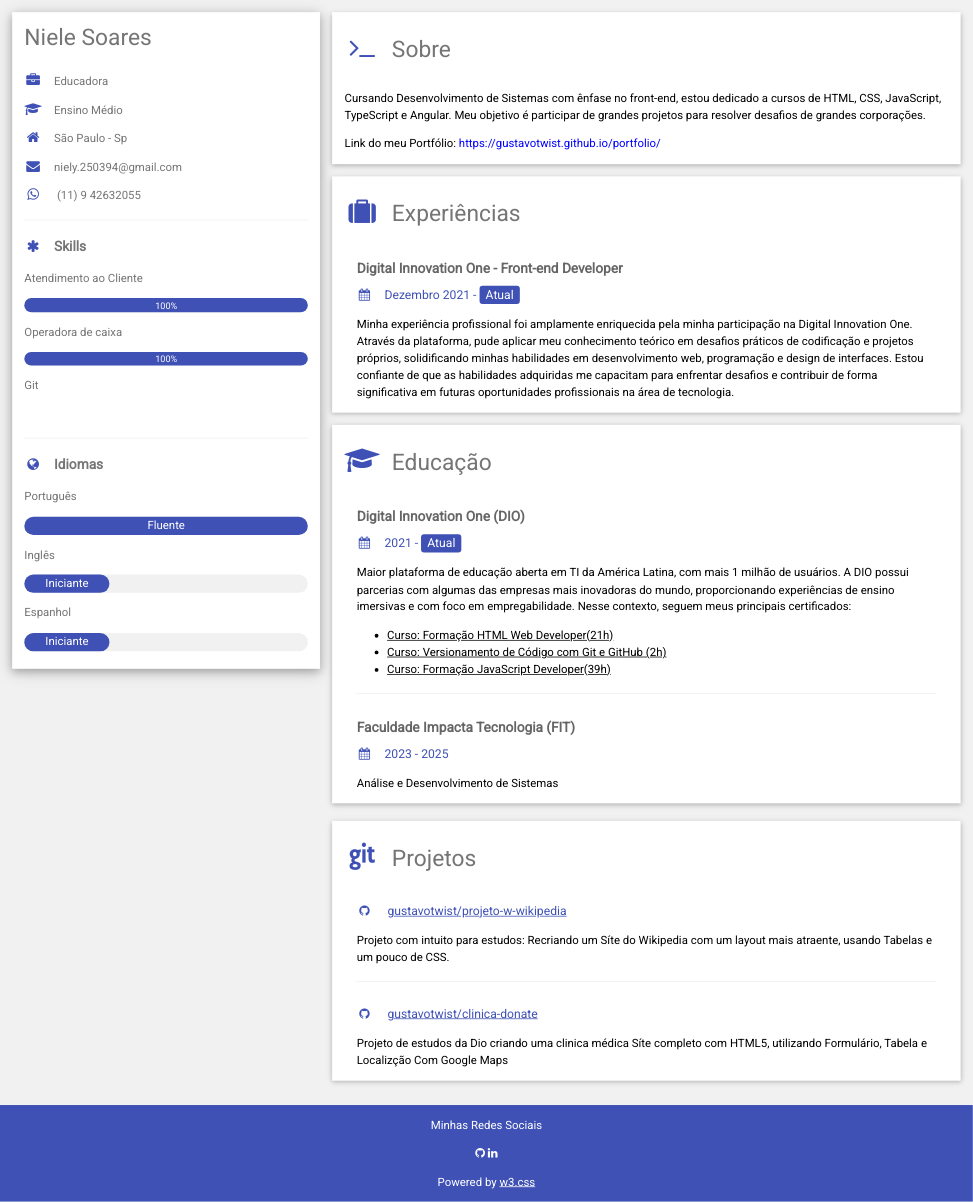
Repository: gustavotwist/cv2
Page: index.html
These files come from the project's save history. The page is drawn as it stood at one moment and after the next save; the edit follows.
The browser window is 1280 px wide. The pictures show the whole page, at 76% of full size.

Above is the page before, as saved 2024-08-23 17:18:18.

### index.html
<!DOCTYPE html>
<!-- @falvojr: Reference article https://www.w3schools.com/howto/howto_website_create_resume.asp -->
<!-- @falvojr: Useful link to use fontawesome (fa) icons: https://fontawesome.com/v4/icons/ -->
<html lang="pt-BR">

  <head>
    <title>Niele Soares</title>

    <meta http-equiv="Content-Type" content="text/html; charset=UTF-8">
    <meta name="viewport" content="width=device-width, initial-scale=1">

    <link rel="stylesheet" href="https://www.w3schools.com/w3css/4/w3.css">
    <link rel='stylesheet' href='https://fonts.googleapis.com/css?family=Roboto'>
    <link rel="stylesheet" href="https://cdnjs.cloudflare.com/ajax/libs/font-awesome/4.7.0/css/font-awesome.min.css">

    <style>
      html,body,h1,h2,h3,h4,h5,h6 {font-family: "Roboto", sans-serif}
    </style>

  </head>

  <body class="w3-light-grey" cz-shortcut-listen="true">

    <!-- Page Container -->
    <div class="w3-content w3-margin-top" style="max-width:1400px;">

      <!-- The Grid -->
      <div class="w3-row-padding">

        <!-- Left Column -->
        <div class="w3-third">

          <div class="w3-white w3-text-grey w3-card-4">
            <!-- @falvojr: This container has been modified to not use a profile picture. -->
            <div class="w3-container">
              <h2>Niele Soares</h2>
            </div>
            <div class="w3-container">
              <p><i class="fa fa-briefcase fa-fw w3-margin-right w3-large w3-text-indigo"></i>Educadora</p>
              <p><i class="fa fa-graduation-cap fa-fw w3-margin-right w3-large w3-text-indigo"></i>Ensino Médio</p>
              <p><i class="fa fa-home fa-fw w3-margin-right w3-large w3-text-indigo"></i>São Paulo - Sp</p>
              <p><i class="fa fa-envelope fa-fw w3-margin-right w3-large w3-text-indigo"></i><a href="mailto:niely.250394@gmail.com" style="text-decoration: none;">niely.250394@gmail.com</a></p>
              <p ><i class="fa fa-whatsapp fa-fw w3-margin-right w3-large w3-text-indigo"></i> <a href="tel:(11) 9 42632055" style="text-decoration: none;"> (11) 9 42632055</a> </p>
              <hr>

              <p class="w3-large">
                <b><i class="fa fa-asterisk fa-fw w3-margin-right w3-text-indigo"></i>Skills</b>
              </p>
              <p>Atendimento ao Cliente</p>
              <div class="w3-light-grey w3-round-xlarge w3-small">
                <div class="w3-container w3-center w3-round-xlarge w3-indigo" style="width:100%">100%</div>
              </div>
              <p>Operadora de caixa</p>
              <div class="w3-light-grey w3-round-xlarge w3-small">
                <div class="w3-container w3-center w3-round-xlarge w3-indigo" style="width:100%">100%</div>
              </div>
              <p>Git</p>
              <br>
              <hr>
              <p class="w3-large w3-text-theme">
                <b><i class="fa fa-globe fa-fw w3-margin-right w3-text-indigo"></i>Idiomas</b>
              </p>
              <p>Português</p>
              <div class="w3-light-grey w3-round-xlarge">
                <div class="w3-container w3-center w3-round-xlarge w3-indigo" style="height:24px;width:100%">Fluente</div>
              </div>
              <p>Inglês</p>
              <div class="w3-light-grey w3-round-xlarge">
                <div class="w3-container w3-center w3-round-xlarge w3-indigo" style="height:24px;width:30%">Iniciante</div>
              </div>
              <p>Espanhol</p>
              <div class="w3-light-grey w3-round-xlarge">
                <div class=" w3-container w3-center w3-round-xlarge w3-indigo" style="height:24px;width:30%">Iniciante</div>
              </div>
              <br>
            </div>
          </div><br>

          <!-- End Left Column -->
        </div>

        <!-- Right Column -->
        <div class="w3-twothird">

          <div class="w3-container w3-card w3-white w3-margin-bottom">
            <h2 class="w3-text-grey w3-padding-16"><i class="fa fa-terminal fa-fw w3-margin-right w3-xxlarge w3-text-indigo"></i>Sobre</h2>
            <p>Cursando Desenvolvimento de Sistemas com ênfase no front-end, estou dedicado a cursos de HTML, CSS, JavaScript, TypeScript e Angular. Meu objetivo é participar de grandes projetos para resolver desafios de grandes corporações.</p>
            <p>Link do meu Portfólio: <a href="https://gustavotwist.github.io/portfolio/" target="_blank" style="color: blue; text-decoration: none;">https://gustavotwist.github.io/portfolio/</a></p>
          </div>

          <div class="w3-container w3-card w3-white w3-margin-bottom">
            <h2 class="w3-text-grey w3-padding-16">
              <i class="fa fa-suitcase fa-fw w3-margin-right w3-xxlarge w3-text-indigo"></i>Experiências
            </h2>
            <div class="w3-container">
              <h5 class="w3-opacity"><b>Digital Innovation One - Front-end Developer</b></h5>
                <h6 class="w3-text-indigo"><i class="fa fa-calendar fa-fw w3-margin-right"></i>Dezembro 2021 - <span class="w3-tag w3-indigo w3-round">Atual</span></h6>
                <p>
                    Minha experiência profissional foi amplamente enriquecida pela minha participação na Digital Innovation One. Através da plataforma, pude aplicar meu conhecimento teórico em desafios práticos de codificação e projetos próprios, solidificando minhas habilidades em desenvolvimento web, programação e design de interfaces. Estou confiante de que as habilidades adquiridas me capacitam para enfrentar desafios e contribuir de forma significativa em futuras oportunidades profissionais na área de tecnologia.
                </p>

            </div>
          </div>

          <div class="w3-container w3-card w3-white">
            <h2 class="w3-text-grey w3-padding-16">
              <i class="fa fa-graduation-cap fa-fw w3-margin-right w3-xxlarge w3-text-indigo"></i>Educação
            </h2>
            <div class="w3-container">
              <h5 class="w3-opacity"><b>Digital Innovation One (DIO)</b></h5>
              <h6 class="w3-text-indigo"><i class="fa fa-calendar fa-fw w3-margin-right"></i>2021 - <span class="w3-tag w3-indigo w3-round">Atual</span></h6>
              <p>
                Maior plataforma de educação aberta em TI da América Latina, com mais 1 milhão de usuários.
                A DIO possui parcerias com algumas das empresas mais inovadoras do mundo, proporcionando experiências
                de ensino imersivas e com foco em empregabilidade. Nesse contexto, seguem meus principais certificados:
              </p>
              <ul>
                <li><a href="https://www.dio.me/certificate/VDSNYTO5" target="_blank">Curso: Formação HTML Web Developer(21h)</a></li>
                <li><a href="https://www.dio.me/certificate/EA66CA6A" target="_blank">Curso: Versionamento de Código com Git e GitHub (2h)</a></li>
                <li><a href="https://www.dio.me/certificate/OST0WIWG" target="_blank">Curso: Formação JavaScript Developer(39h)</a></li>
              </ul>
              <hr>
            </div>
            <div class="w3-container">
              <h5 class="w3-opacity"><b>Faculdade Impacta Tecnologia (FIT)</b></h5>
              <h6 class="w3-text-indigo"><i class="fa fa-calendar fa-fw w3-margin-right"></i>2023 - 2025</h6>
              <p>Análise e Desenvolvimento de Sistemas</p>
            </div>
          </div><br>
          <div class="w3-container w3-card w3-white w3-margin-bottom">
            <h2 class="w3-text-grey w3-padding-16">
              <i class="fa fa-git fa-fw w3-margin-right w3-xxlarge w3-text-indigo"></i>Projetos
            </h2>
            <div class="w3-container">
              <h6 class="w3-text-indigo">
                <i class="fa fa-github fa-fw w3-margin-right"></i>
                <a href="https://github.com/gustavotwist/projeto-w-wikipedia" target="_blank">gustavotwist/projeto-w-wikipedia</a>
              </h6>
              <p>Projeto com intuito para estudos: Recriando um Síte do Wikipedia com um layout mais atraente, usando Tabelas e um pouco de CSS.</p>
              <hr>
            </div>
            <div class="w3-container">
              <h6 class="w3-text-indigo">
                <i class="fa fa-github fa-fw w3-margin-right"></i>
                <a href="https://github.com/gustavotwist/clinica-donate" target="_blank">gustavotwist/clinica-donate</a>
              </h6>
              <p>Projeto de estudos da Dio criando uma clinica médica Síte completo com HTML5, utilizando Formulário, Tabela e Localizção Com Google Maps</p>
            </div>
          </div>

          <!-- End Right Column -->
        </div>

        <!-- End Grid -->
      </div>

      <!-- End Page Container -->
    </div>

    <footer class="w3-container w3-indigo w3-center w3-margin-top">
      <p>Minhas Redes Sociais</p>
      <a href="https://github.com/gustavotwist" target="_blank"><i class="fa fa-github w3-hover-opacity"></i></a>
      <a href="https://www.linkedin.com/in/gustavoalves7/" target="_blank"><i class="fa fa-linkedin w3-hover-opacity"></i></a>
      <p>Powered by <a href="https://www.w3schools.com/w3css/default.asp" target="_blank">w3.css</a></p>
    </footer>

  </body>

</html>

After the next save:
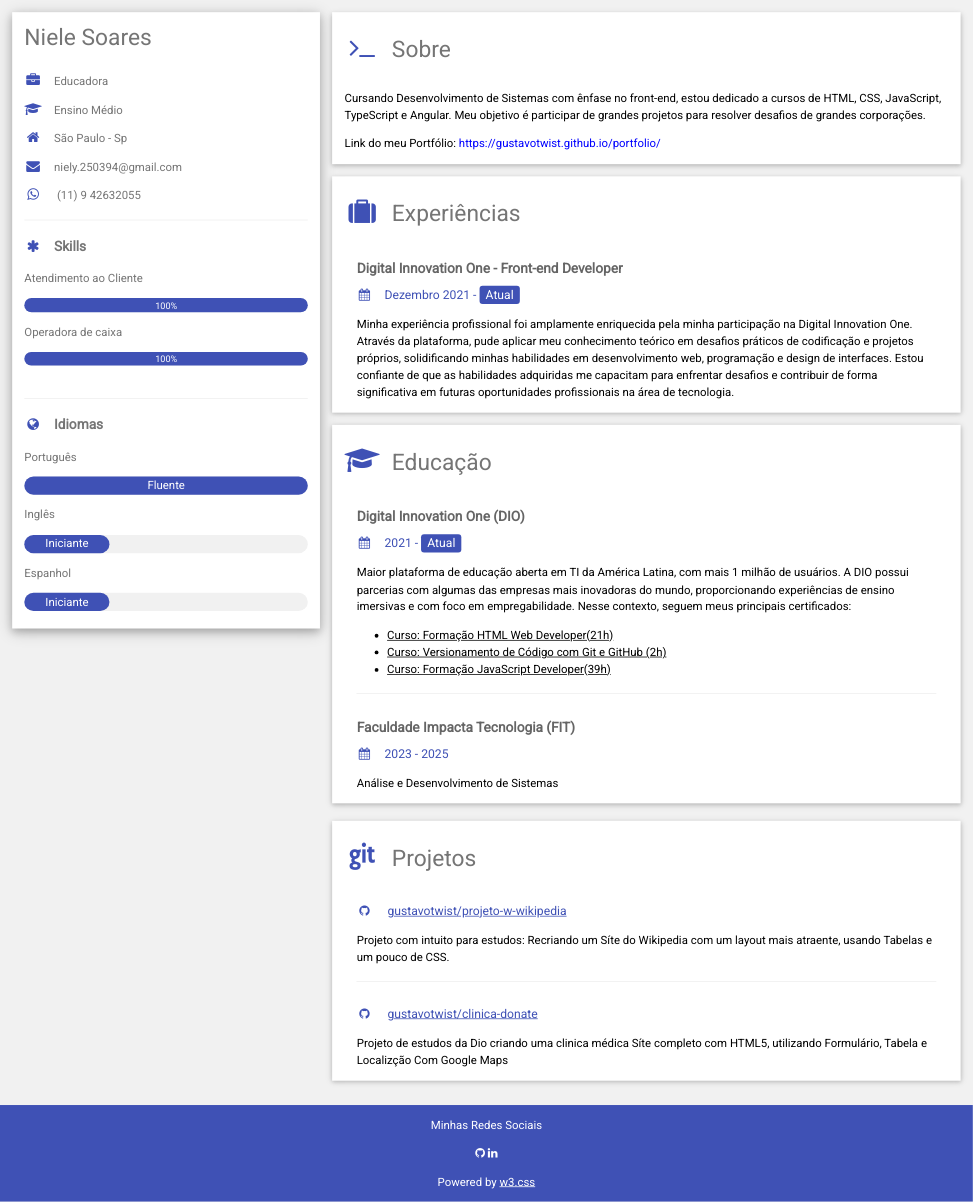
Saved 8 s later.
--- a/index.html
+++ b/index.html
@@ -54,7 +54,6 @@
               <div class="w3-light-grey w3-round-xlarge w3-small">
                 <div class="w3-container w3-center w3-round-xlarge w3-indigo" style="width:100%">100%</div>
               </div>
-              <p>Git</p>
               <br>
               <hr>
               <p class="w3-large w3-text-theme">
